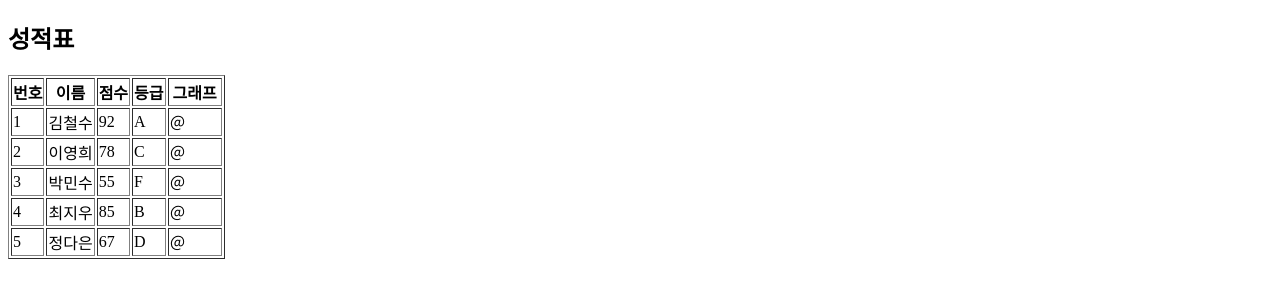
Repository: junirang330/Jsp2026
Page: http://localhost/chapter01/example_score.jsp
An editor plug-in stored every save of this project. The page is shown before and after a run of saves, followed by the edit.
The browser window is 1280 px wide. The pictures show the whole page.
The page is served by Tomcat 9.

Above is the page before, as saved 2026-10-16 05:14:00.

### chapter01/src/main/webapp/example_score.jsp
<%@ page language="java" contentType="text/html; charset=UTF-8"
    pageEncoding="UTF-8" import = "java.util.*" %>
<!DOCTYPE html>
<html>
<head>
<meta charset="UTF-8">
<title>연습문제02</title>
<style>

</style>
</head>
<body>
	<h2>성적표</h2>
	<table border = "1">
	<!-- 첫행 -->
	<tr>
		<th>번호</th>
		<th>이름</th>
		<th>점수</th>
		<th>등급</th>
		<th>그래프</th>
	</tr>

	<!-- 2행부터(반복문) -->
	<%!
		String[] names = {"김철수", "이영희", "박민수", "최지우", "정다은"};
		int[] scores = {92, 78, 55, 85, 67};

		public String getGrade(int score){
			String grade = "";
			if(score>=90){
				grade = "A";
			}else if(score>=80){
				grade = "B";
			}else if(score>=70){
				grade = "C";
			}else if(score>=60){
				grade = "D";
			}else{
				grade = "F";
			}
			return grade;
		}
	%>
	<%
		for(int i = 0; i<names.length; i++){
	%>
	<tr>
	<td><%=	i+1 %></td>
	<td><%=	names[i] %></td>
	<td><%=	scores[i] %></td>
	<td><%=	getGrade(scores[i]) %></td>
	<td><div style = "width : 50px", style = "background-color : blue">＠</div></td>
	</tr>

	<%
		}
	%>

	</table>
</body>
</html>

After the next 2 saves:
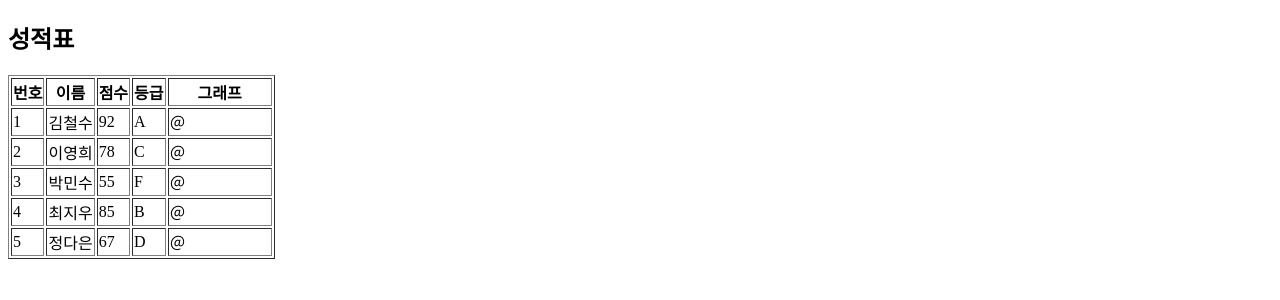
The 2 saves are shown as one change because they came seconds apart.
The last was saved 22 s later.
--- a/chapter01/src/main/webapp/example_score.jsp
+++ b/chapter01/src/main/webapp/example_score.jsp
@@ -50,7 +50,7 @@
 	<td><%=	names[i] %></td>
 	<td><%=	scores[i] %></td>
 	<td><%=	getGrade(scores[i]) %></td>
-	<td><div style = "width : 50px", style = "background-color : blue">＠</div></td>
+	<td><div style = "width : 100px", style = "background-color : blue">＠</div></td>
 	</tr>
 
 	<%
